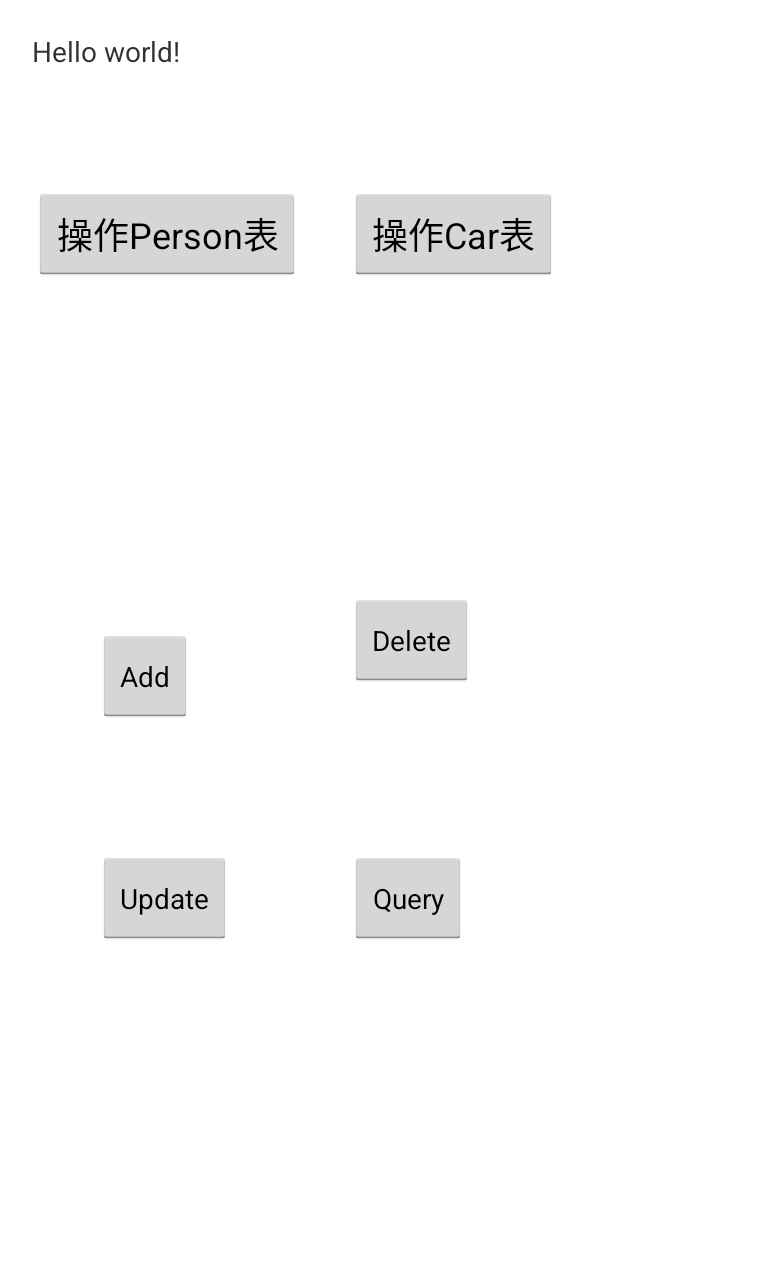
Repository: IvyZh/hm66
Layout: Fake支付宝/res/layout/activity_main.xml
An editor plug-in stored every save of this project. The layout is shown before and after the next save, followed by the edit.
It is drawn on a 768 x 1280 px phone screen (xhdpi) without system bars, with theme AppTheme; the app's code is not run.

Above is the layout before, as saved 2016-05-26 18:51:52.

### Fake支付宝/res/layout/activity_main.xml
<RelativeLayout xmlns:android="http://schemas.android.com/apk/res/android"
    xmlns:tools="http://schemas.android.com/tools"
    android:layout_width="match_parent"
    android:layout_height="match_parent"
    android:paddingBottom="@dimen/activity_vertical_margin"
    android:paddingLeft="@dimen/activity_horizontal_margin"
    android:paddingRight="@dimen/activity_horizontal_margin"
    android:paddingTop="@dimen/activity_vertical_margin"
    tools:context=".MainActivity" >

    <TextView
        android:id="@+id/textView1"
        android:layout_width="wrap_content"
        android:layout_height="wrap_content"
        android:text="@string/hello_world" />

    <Button
        android:id="@+id/button6"
        android:layout_width="wrap_content"
        android:layout_height="wrap_content"
        android:layout_below="@+id/textView1"
        android:layout_marginLeft="23dp"
        android:layout_marginTop="58dp"
        android:layout_toRightOf="@+id/button5"
        android:onClick="click6"
        android:text="操作Car表" />

    <Button
        android:id="@+id/button5"
        android:layout_width="wrap_content"
        android:layout_height="wrap_content"
        android:layout_alignBaseline="@+id/button6"
        android:layout_alignBottom="@+id/button6"
        android:layout_alignLeft="@+id/textView1"
        android:onClick="click5"
        android:text="操作Person表" />

    <Button
        android:id="@+id/button4"
        style="?android:attr/buttonStyleSmall"
        android:layout_width="wrap_content"
        android:layout_height="wrap_content"
        android:layout_alignBaseline="@+id/button3"
        android:layout_alignBottom="@+id/button3"
        android:layout_alignLeft="@+id/button6"
        android:onClick="click4"
        android:text="Query" />

    <Button
        android:id="@+id/button2"
        style="?android:attr/buttonStyleSmall"
        android:layout_width="wrap_content"
        android:layout_height="wrap_content"
        android:layout_alignLeft="@+id/button6"
        android:layout_centerVertical="true"
        android:onClick="click2"
        android:text="Delete" />

    <Button
        android:id="@+id/button3"
        style="?android:attr/buttonStyleSmall"
        android:layout_width="wrap_content"
        android:layout_height="wrap_content"
        android:layout_alignLeft="@+id/button5"
        android:layout_below="@+id/button1"
        android:layout_marginLeft="32dp"
        android:layout_marginTop="63dp"
        android:onClick="click3"
        android:text="Update" />

    <Button
        android:id="@+id/button1"
        style="?android:attr/buttonStyleSmall"
        android:layout_width="wrap_content"
        android:layout_height="wrap_content"
        android:layout_alignLeft="@+id/button3"
        android:layout_alignTop="@+id/button2"
        android:layout_marginTop="18dp"
        android:onClick="click1"
        android:text="Add" />

</RelativeLayout>

### Fake支付宝/res/values/strings.xml
<?xml version="1.0" encoding="utf-8"?>
<resources>

    <string name="app_name">Fake支付宝</string>
    <string name="action_settings">Settings</string>
    <string name="hello_world">Hello world!</string>

</resources>

Loaded but not shown: Fake支付宝/res/values/styles.xml (common file); Fake支付宝/res/values-v11/styles.xml (common file); Fake支付宝/res/values-v14/styles.xml (common file); Fake支付宝/res/values/dimens.xml (common file)

After the next save:
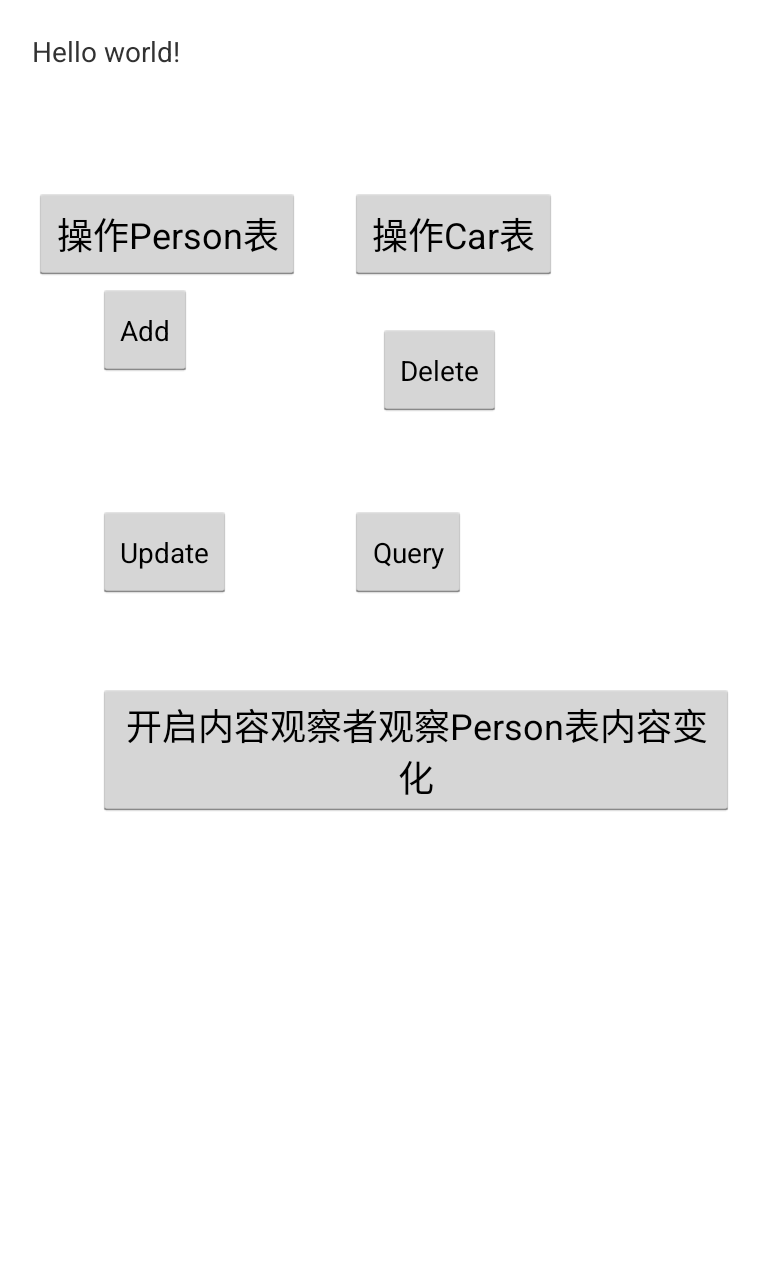
Saved 88 min 31 s later.
--- a/Fake支付宝/res/layout/activity_main.xml
+++ b/Fake支付宝/res/layout/activity_main.xml
@@ -47,16 +47,6 @@
         android:text="Query" />
 
     <Button
-        android:id="@+id/button2"
-        style="?android:attr/buttonStyleSmall"
-        android:layout_width="wrap_content"
-        android:layout_height="wrap_content"
-        android:layout_alignLeft="@+id/button6"
-        android:layout_centerVertical="true"
-        android:onClick="click2"
-        android:text="Delete" />
-
-    <Button
         android:id="@+id/button3"
         style="?android:attr/buttonStyleSmall"
         android:layout_width="wrap_content"
@@ -69,14 +59,34 @@
         android:text="Update" />
 
     <Button
+        android:id="@+id/button2"
+        style="?android:attr/buttonStyleSmall"
+        android:layout_width="wrap_content"
+        android:layout_height="wrap_content"
+        android:layout_alignLeft="@+id/button6"
+        android:layout_below="@+id/button6"
+        android:layout_marginLeft="14dp"
+        android:layout_marginTop="20dp"
+        android:onClick="click2"
+        android:text="Delete" />
+
+    <Button
         android:id="@+id/button1"
         style="?android:attr/buttonStyleSmall"
         android:layout_width="wrap_content"
         android:layout_height="wrap_content"
         android:layout_alignLeft="@+id/button3"
-        android:layout_alignTop="@+id/button2"
-        android:layout_marginTop="18dp"
+        android:layout_below="@+id/button5"
         android:onClick="click1"
         android:text="Add" />
 
+    <Button
+        android:id="@+id/button7"
+        android:layout_width="wrap_content"
+        android:layout_height="wrap_content"
+        android:layout_alignLeft="@+id/button3"
+        android:layout_below="@+id/button3"
+        android:layout_marginTop="41dp"
+        android:text="开启内容观察者观察Person表内容变化" />
+
 </RelativeLayout>
